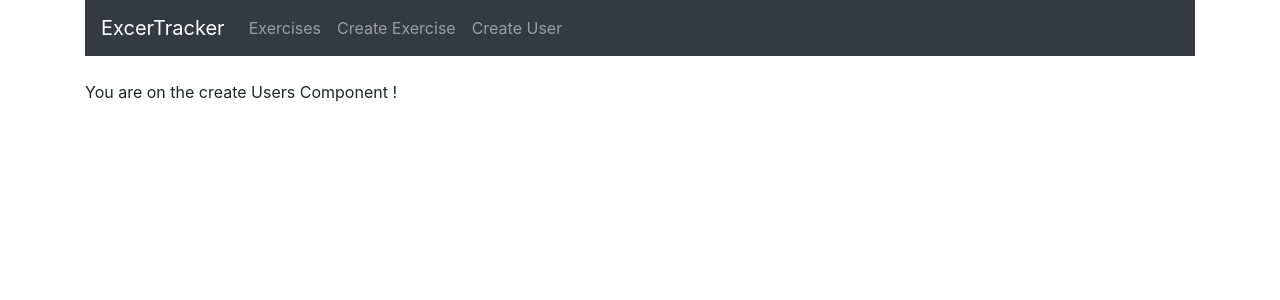
Repository: AnkurDevv/mern-exercise-app
Page: /user
These files come from the project's save history. The page is drawn as it stood at one moment and after the next save; the edit follows.
The browser window is 1280 px wide. The pictures show the whole page.
The project was rebuilt for these pictures with package versions that can differ from the ones it lists, and the page was loaded fresh each time. Also part of the build but not shown: src/components/exercise-list.component.js, src/components/edit-exercises.component.js, src/components/create-exercise.component.js.

Above is the page before, as saved 2019-11-18 22:34:22.

### public/index.html
<!DOCTYPE html>
<html lang="en">

<head>
  <meta charset="utf-8" />
  <link rel="shortcut icon" href="%PUBLIC_URL%/favicon.ico" />
  <meta name="viewport" content="width=device-width, initial-scale=1" />
  <meta name="theme-color" content="#000000" />

  <link rel="manifest" href="%PUBLIC_URL%/manifest.json" />

  <title>Exercise Tracker </title>
</head>

<body>
  <noscript>You need to enable JavaScript to run this app.</noscript>
  <!-- This is where our react app is going to load -->
  <div id="root"></div>

</body>

</html>

### src/index.js
import React from 'react';
import ReactDOM from 'react-dom';
import App from './App';


// Main thing that renders our app
ReactDOM.render(<App />, document.getElementById('root'));

### src/App.js
import React from 'react';
// import logo from './logo.svg';
// importing the route
import { BrowserRouter as Router, Route } from "react-router-dom";
import "bootstrap/dist/css/bootstrap.min.css";

// NOTICE : must import the components before you can use them
import Navbar from "./components/navbar.component.js";
import ExcerciseList from "./components/exercise-list.component";
import EditExcercise from "./components/edit-exercises.component";
import CreateExcercise from "./components/create-exercise.component";
import CreateUser from "./components/create-user.component";

function App() {
  return (
    <div className="container">
      <Router>
        <Navbar />
        <br />
        <Route path="/" exact component={ExcerciseList} />
        {/* ":id" means bound to change */}
        <Route path="/edit/:id" exact component={EditExcercise} />
        <Route path="/create" exact component={CreateExcercise} />
        <Route path="/user" exact component={CreateUser} />
      </Router>
    </div>
  );
}

export default App;

### src/components/navbar.component.js
// you would have to do this for every react component you create
import React, { Component } from 'react';
// Using React Router using link allows us to link to different routes
import { Link } from 'react-router-dom';

// CLASS EXTENDS THE COMPONENT OBJ.
export default class Navbar extends Component {

  render() {
    return (
      // Instead of CLASS we have CLASSNAME
      <nav className="navbar navbar-dark bg-dark navbar-expand-lg">
        {/* NOTE USING <Link> TAG INSTEAD OF <a> TAG HERE
            "To" instead of href
            "ClassName" instead of "Class"
        */}
        <Link to="/" className="navbar-brand">ExcerTracker</Link>
        <div className="collpase navbar-collapse">
          <ul className="navbar-nav mr-auto">
            <li className="navbar-item">
              <Link to="/" className="nav-link">Exercises</Link>
            </li>
            <li className="navbar-item">
              <Link to="/create" className="nav-link">Create Exercise</Link>
            </li>
            <li className="navbar-item">
              <Link to="/user" className="nav-link">Create User</Link>
            </li>
          </ul>
        </div>
      </nav>
    );
  }
}

### src/components/create-user.component.js
import React, { Component } from 'react';

export default class CreateUsers extends Component {

  constructor(props) {
    // In JS you need to always start by calling super() when working with a sub-class
    super(props);

    // Making sure that all the "this" inside methods are refereing to class.
    this.onChangeUsername = this.onChangeUsername.bind(this);
    this.HandleSubmit = this.HandleSubmit.bind(this);

    // all the variables that you want to create/use in class goes here
    this.state = {
      username: '',
      date: new Date(),
      users: []
    };

  }

  onChangeUsername(e) {
    this.setState({
      username: e.target.value
    });
  }

  HandleSubmit(e) {
    // stop the default HTML form submission behaviour
    e.preventDefault();

    const user = {
      username: this.state.username
    }

    console.log(user);
    // TAKE THE USER BACK TO THE HOME-PAGE
    // This is obsolete here because user should be able to enter multiple user
    // window.location = '/';

    // SET USERNAME BACK TO BLANK SO ANOTHER ONE CAN BE ENTERED
    this.setState({
      username: ''
    });

  }

  render() {
    return (
      <div>
        <p>You are on the create Users Component !</p>
      </div>
    )
  }
}

After the next save:
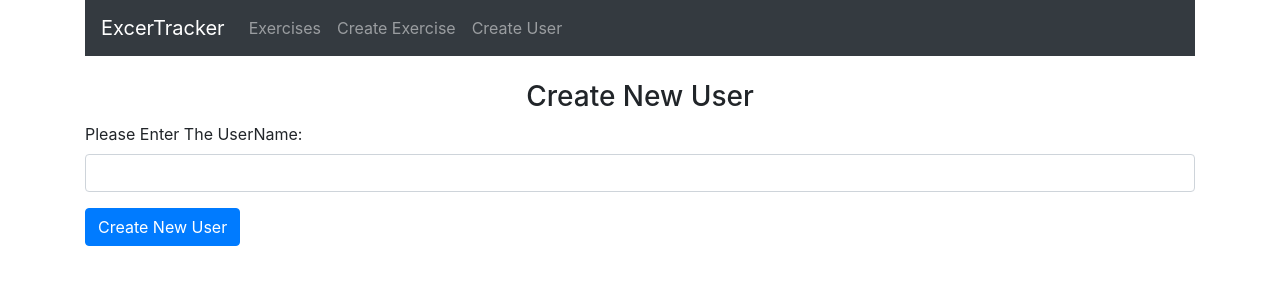
Saved 6 min 1 s later.
--- a/src/components/create-user.component.js
+++ b/src/components/create-user.component.js
@@ -48,7 +48,22 @@ export default class CreateUsers extends Component {
   render() {
     return (
       <div>
-        <p>You are on the create Users Component !</p>
+        <h3 className="text-center">Create New User</h3>
+        <form onSubmit={this.HandleSubmit}>
+          <div className="form-group">
+            <label>Please Enter The UserName: </label>
+            <input type="text"
+              required
+              className="form-control"
+              value={this.state.username}
+              // Make sure you call the onChange method to be called anytime this is changed
+              onChange={this.onChangeUsername}
+            />
+          </div>
+          <div className="form-group">
+            <input type="submit" value="Create New User" className="btn btn-primary" />
+          </div>
+        </form>
       </div>
     )
   }
